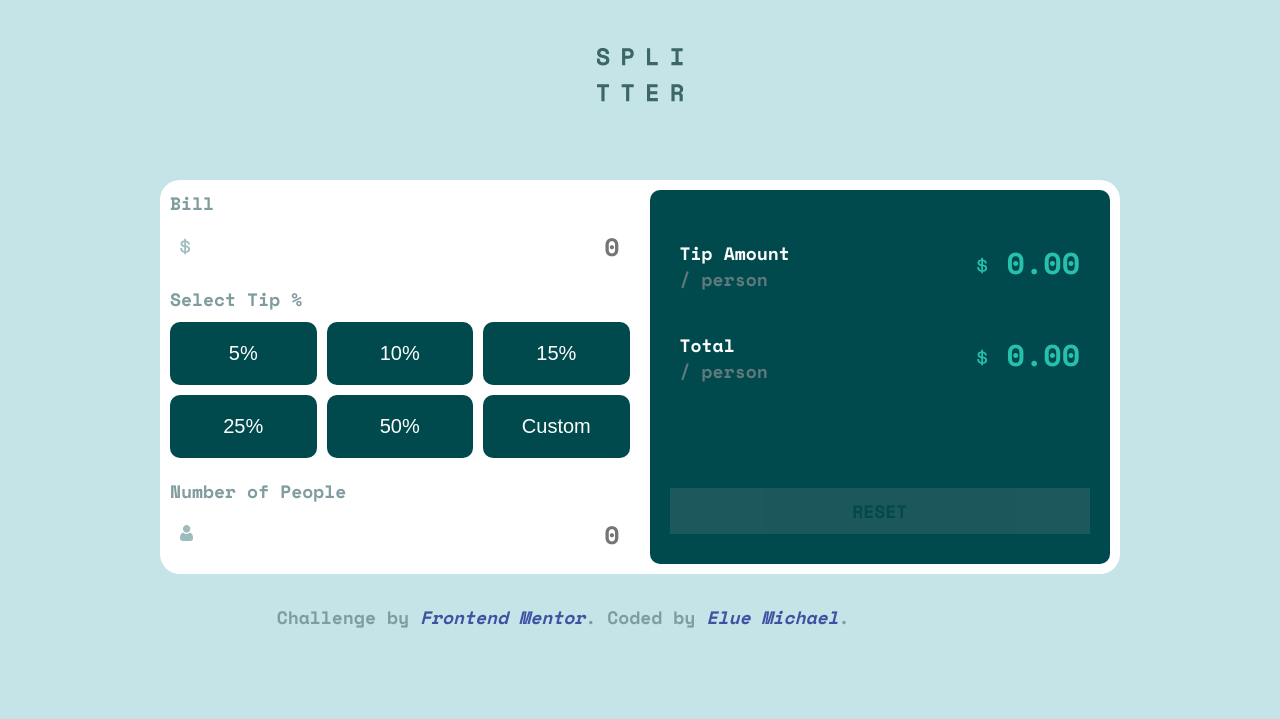
Repository: MeekyBerry/Frontend-Mentor-Challenges
Page: tip-calculator-app/index.html
The author's editor kept a copy of each file at every save. The page is drawn from the files as they stood at one save, then again after the next save.
The browser window is 1280 px wide. The pictures show the whole page.

Above is the page before, as saved 2023-03-28 03:25:45.

### tip-calculator-app/index.html
<!DOCTYPE html>
<html lang="en">

<head>
  <meta charset="UTF-8">
  <meta name="viewport" content="width=device-width, initial-scale=1.0">
  <link rel="icon" type="image/png" sizes="32x32" href="./css/images/favicon-32x32.png">
  <title> Tip calculator app</title>
  <link rel="stylesheet" href="./css/style.css">
  <script src="./script.js" defer></script>
</head>

<body>
  <div class="heading-logo">
    <img src="./css/images/logo.svg" alt="Logo" class="logo">
  </div>

  <form id="form" class="background">
    <div class="first-container">
      <div class="bill-container">
        <label for="bill">Bill</label>
        <div class="icon-box">
            <img src="./css/images/icon-dollar.svg" alt="Dollar Icon">
          <input type="number" id="bill" placeholder="0" class="bill-input input-bar">
        </div>
      </div>

      <div class="tip">
        <div>Select Tip %</div>
        <div class="percent-container">
          <button type="button" class="percent five">5%</button>
          <button type="button" class="percent ten">10%</button>
          <button type="button" class="percent fiftheen">15%</button>
          <button type="button" class="percent twenty-five">25%</button>
          <button type="button" class="percent fifty">50%</button>
          <button type="button" class="percent custom" id="cst-btn">Custom</button>
        </div>
      </div <div>
      <label for="number">Number of People</label>
      <div class="icon-box">
        <div>
          <img src="./css/images/icon-person.svg" alt="Person Icon">
        </div>
        <input type="number" id="number" class="number-input input-bar" placeholder="0">
      </div>
    </div>
    </div>

    <div class="second-container">
      <div class="amount">
        <p>Tip Amount <span class="person">/ person</span></p>
        <div class="digit">
          <svg xmlns="http://www.w3.org/2000/svg" width="11" height="17">
            <path fill="var(--Strong-cyan)"
              d="M6.016 16.328v-1.464c1.232-.08 2.22-.444 2.964-1.092.744-.648 1.116-1.508 1.116-2.58v-.144c0-.992-.348-1.772-1.044-2.34-.696-.568-1.708-.932-3.036-1.092V4.184c.56.144 1.012.4 1.356.768.344.368.516.816.516 1.344v.288h1.824v-.432c0-.448-.088-.876-.264-1.284a3.783 3.783 0 00-.744-1.116A4.251 4.251 0 007.54 2.9a5.324 5.324 0 00-1.524-.492V.872H4.288V2.36a5.532 5.532 0 00-1.416.324c-.448.168-.84.392-1.176.672-.336.28-.604.616-.804 1.008-.2.392-.3.844-.3 1.356v.144c0 .96.316 1.708.948 2.244.632.536 1.548.884 2.748 1.044v3.912c-.704-.16-1.248-.472-1.632-.936-.384-.464-.576-1.08-.576-1.848v-.288H.256v.576c0 .464.08.924.24 1.38.16.456.404.88.732 1.272.328.392.744.728 1.248 1.008s1.108.476 1.812.588v1.512h1.728zM4.288 7.424c-.688-.128-1.164-.332-1.428-.612-.264-.28-.396-.644-.396-1.092 0-.464.176-.832.528-1.104.352-.272.784-.448 1.296-.528v3.336zm1.728 5.712V9.344c.768.128 1.328.328 1.68.6.352.272.528.688.528 1.248 0 .544-.196.984-.588 1.32-.392.336-.932.544-1.62.624z" />
          </svg>
          <span id="tip-amount">0.00</span>
        </div>
      </div>

      <div class="amount">
        <p>Total <span class="person">/ person</span></p>
        <div class="digit">
          <svg xmlns="http://www.w3.org/2000/svg" width="11" height="17">
            <path fill="var(--Strong-cyan)"
              d="M6.016 16.328v-1.464c1.232-.08 2.22-.444 2.964-1.092.744-.648 1.116-1.508 1.116-2.58v-.144c0-.992-.348-1.772-1.044-2.34-.696-.568-1.708-.932-3.036-1.092V4.184c.56.144 1.012.4 1.356.768.344.368.516.816.516 1.344v.288h1.824v-.432c0-.448-.088-.876-.264-1.284a3.783 3.783 0 00-.744-1.116A4.251 4.251 0 007.54 2.9a5.324 5.324 0 00-1.524-.492V.872H4.288V2.36a5.532 5.532 0 00-1.416.324c-.448.168-.84.392-1.176.672-.336.28-.604.616-.804 1.008-.2.392-.3.844-.3 1.356v.144c0 .96.316 1.708.948 2.244.632.536 1.548.884 2.748 1.044v3.912c-.704-.16-1.248-.472-1.632-.936-.384-.464-.576-1.08-.576-1.848v-.288H.256v.576c0 .464.08.924.24 1.38.16.456.404.88.732 1.272.328.392.744.728 1.248 1.008s1.108.476 1.812.588v1.512h1.728zM4.288 7.424c-.688-.128-1.164-.332-1.428-.612-.264-.28-.396-.644-.396-1.092 0-.464.176-.832.528-1.104.352-.272.784-.448 1.296-.528v3.336zm1.728 5.712V9.344c.768.128 1.328.328 1.68.6.352.272.528.688.528 1.248 0 .544-.196.984-.588 1.32-.392.336-.932.544-1.62.624z" />
          </svg>
          <span id="total">0.00</span>
        </div>
      </div>
      <div class="btn-wrapper">
        <button type="reset" id="reset" class="btn">Reset</button>
      </div>
    </div>
  </form>

  <div class="attribution">
    Challenge by <a href="https://www.frontendmentor.io?ref=challenge" target="_blank">Frontend Mentor</a>.
    Coded by <a href="https://www.frontendmentor.io/profile/MeekyBerry" target="_blank">Elue Michael</a>.
  </div>
</body>

</html>

### tip-calculator-app/css/style.css
@import url("https://fonts.googleapis.com/css2?family=Space+Mono:wght@400;700&display=swap");

:root {
  /* ### Primary */
  --Strong-cyan: hsl(172, 67%, 45%);
  /* ### Neutral */
  --Very-dark-cyan: hsl(183, 100%, 15%);
  --Dark-grayish-cyan: hsl(186, 14%, 43%);
  --Grayish-cyan: hsl(184, 14%, 56%);
  --Light-grayish-cyan: hsl(185, 41%, 84%);
  --Very-light-grayish-cyan: hsl(189, 41%, 97%);
  --White: hsl(0, 0%, 100%);
  --dark-blue: hsl(228, 45%, 44%);
}

html {
  font-size: 50%;
}

*,
::before,
::after {
  margin: 0;
  padding: 0;
  box-sizing: border-box;
}

body {
  font-size: 1.8rem;
  font-family: "Space Mono", sans-serif;
  font-weight: 700;
  background-color: var(--Light-grayish-cyan);
  color: var(--Grayish-cyan);
  height: 100%;
  width: 100%;
}

.heading-logo {
  height: 15rem;
  width: 100%;
  position: relative;
}

.logo {
  position: absolute;
  top: 50%;
  left: 50%;
  transform: translate(-50%, -50%);
}

.background {
  display: flex;
  flex-direction: column;
  justify-content: space-around;
  background-color: var(--White);
  height: 80rem;
  width: 100%;
  border-radius: 2rem;
}

label {
  display: block;
}

.icon-box {
  display: flex;
  align-items: center;
  justify-content: space-between;
  padding: 1rem;
  /* background: var(--Very-light-grayish-cyan); */
}

.input-bar {
  width: 100%;
  height: 4rem;
  border: none;
  font-size: 2.5rem;
  font-family: "Space Mono", sans-serif;
  font-weight: 700;
  text-align: end;
}

.input-bar:focus {
  outline-color: var(--Strong-cyan);
}

.input-bar::placeholder {
  text-align: end;
}

/* Remove Arrows/Spinners ON INPUT */
input::-webkit-outer-spin-button,
input::-webkit-inner-spin-button {
  -webkit-appearance: none;
}

/* Firefox */
input[type="number"] {
  -moz-appearance: textfield;
}

.tip {
  padding: 1rem 0;
}

.percent-container {
  display: grid;
  grid-template-columns: repeat(2, 1fr);
  grid-template-rows: repeat(3, 1fr);
  grid-template-areas:
    "five ten"
    "fiftheen twentyFive"
    "fifty custom";
  gap: 1rem;
  padding: 1rem 0;
}

.percent {
  background-color: var(--Very-dark-cyan);
  color: var(--White);
  text-align: center;
  padding: 2rem;
  border-radius: 1rem;
  border: none;
  font-size: 2rem;
  width: 100%;
}

.percent:active {
  background-color: var(--Strong-cyan);
  color: var(--Very-dark-cyan);
  font-weight: 700;
}

.five {
  grid-area: five;
}

.ten {
  grid-area: ten;
}

.fiftheen {
  grid-area: fiftheen;
}

.twenty-five {
  grid-area: twentyFive;
}

.fifty {
  grid-area: fifty;
}

.custom {
  grid-area: custom;
}

.custom-input {
  background-color: var(--Very-light-grayish-cyan);
  color: var(--Very-dark-cyan);
  border: none;
  border-radius: 1rem;
  padding: 1rem;
  font-size: 2rem;
  font-weight: 700;
  text-align: center;
  width: 100%;
}

.custom-input:focus {
  outline-color: var(--Strong-cyan);
}

.second-container {
  background-color: var(--Very-dark-cyan);
  border-radius: 1rem;
  padding: 3rem 2rem;
}

.amount {
  display: flex;
  justify-content: space-between;
  padding: 2rem 1rem;
}

p {
  color: var(--White);
}

.person {
  display: block;
  font-size: 1.8rem;
  color: var(--Dark-grayish-cyan);
}

.digit {
  color: var(--Strong-cyan);
  font-size: 3rem;
}

.dollar {
  filter: var(--Strong-cyan);
}

.btn {
  width: 100%;
  padding: 1rem;
  background-color: var(--Dark-grayish-cyan);
  color: var(--Very-dark-cyan);
  border: none;
  text-transform: uppercase;
  font-size: 1.8rem;
  font-weight: 700;
  font-family: "Space Mono", sans-serif;
  opacity: 0.3;
}

.attribution {
  font-size: 1.8rem;
  text-align: center;
  width: 88%;
}

.attribution a {
  color: var(--dark-blue);
  text-decoration: none;
  font-style: italic;
}

@media only screen and (min-width: 1000px) {
  html {
    font-size: 62.5%;
  }

  .background {
    width: 75%;
    height: 75%;
    margin: 3rem auto;
    flex-direction: row;
    gap: 2rem;
    padding: 1rem;
  }

  .first-container {
    display: flex;
    flex-direction: column;
    justify-content: space-around;
    width: 50%;
  }

  .percent-container {
    grid-template-columns: repeat(3, 1fr);
    grid-template-rows: repeat(2, 1fr);
    grid-template-areas:
      "five ten fiftheen"
      "twentyFive fifty custom";
  }

  .second-container {
    display: flex;
    flex-direction: column;
    width: 50%;
  }

  .btn-wrapper {
    margin-top: auto;
  }
}

### tip-calculator-app/script.js
// 1. Get the bill amount from the input field
const billInput = document.getElementById('bill');
// 2. Get the tip percentage from the Button array
const tipButtons = document.querySelectorAll('.percent');
// 2.1. The percentage array contains a Custom button which toggles to input field when clicked
const customButton = document.querySelector('.custom');
// 2.2. Get the custom percentage from the input field
const customInput = document.createElement('input');
// Add style class to created customInput element
customInput.classList.add('custom-input');
// 3. Get the number of people from the input field
const peopleInput = document.getElementById('number')
// 4. Calculate the tip amount per person;
const tipAmountSpan = document.getElementById('tip-amount');
// 5. Calculate the total cost per person
const totalAmountSpan = document.getElementById('total');
// 6. Display the tip amount per person
const resetButton = document.getElementById('reset');


let bill = 0;
let tipPercentage = 0;
let customPercentage = 0;
let people = 0;

let inputPeople = false;
let error = true;

// add input validation for bill and people fields
billInput.addEventListener('input', () => {
    bill = Number(billInput.value);
    calculateTip();
});

peopleInput.addEventListener('input', () => {
    people = Number(peopleInput.value);
    calculateTip();
});

// add event listeners for tip buttons
tipButtons.forEach(button => {
    button.addEventListener('click', () => {
        if (button.classList.contains('custom')) {
            customInput.type = 'number';
            customInput.min = 1;
            customInput.placeholder = 'Custom';
            customInput.value = '';
            customInput.classList.add('custom-input');
            button.parentNode.replaceChild(customInput, button);
            customInput.focus();
        } else {
            tipPercentage = Number(button.textContent.replace('%', ''));
            calculateTip();
        }
    });
});

// add event listener for custom input
customInput.addEventListener('input', () => {
    customPercentage = Number(customInput.value);
    calculateTip();
});

// add event listener for reset button
resetButton.addEventListener('click', () => {
    billInput.value = '';
    peopleInput.value = '';
    tipAmountSpan.textContent = '$0.00';
    totalAmountSpan.textContent = '$0.00';
    bill = 0;
    tipPercentage = 0;
    customPercentage = 0
    people = 0;
    customInput.parentNode.replaceChild(customButton, customInput);
});

// calculate tip and total amount
const calculateTip = () => {
    if (people > 0) {
        inputPeople = true;
        let tip = (bill * (tipPercentage + customPercentage)) / 100;
        let total = bill + tip;
        let tipPerPerson = tip / people;
        let totalPerPerson = total / people;
        tipAmountSpan.textContent = `$${tipPerPerson.toFixed(2)}`;
        totalAmountSpan.textContent = `$${totalPerPerson.toFixed(2)}`;
    }
};







// const BILL = document.querySelector('.bill-input');
// const TIP_PERCENT = document.querySelectorAll('.percent');
// const PEOPLE = document.querySelector('.number-input');
// const TOTAL_BILL = document.getElementById('total');
// const TIP_AMOUNT = document.getElementById('tip-amount');
// const CUSTOM = document.querySelector('.custom');
// const CUSTOM_BUTTON = document.getElementById('cst-btn')
// const CUSTOM_INPUT = document.getElementById('cst-input')
// const RESET = document.getElementById('reset');

// let billValue;
// let person;
// let customValue;
// let custom = 0;

// let myArray = [5, 10, 15, 25, 50, custom];
// let tipAmount = 0;

// let error = true;
// let inputPeople = false;

// const calculateHandler = () => {
//     if (inputPeople) {
//         let amount = (billValue + tipAmount) / person;
//         TOTAL_BILL.textContent = `${amount.toFixed(2)}`;
//     }
// };

// BILL.addEventListener('change', () => {
//     error = !error;
//     billValue = parseFloat(BILL.value);
//     TIP_PERCENT.forEach((el, idx) => {
//         let percent = myArray[idx];
//         el.addEventListener('click', (e) => {
//             let target = e.target;
//             if (target.classList.contains('percent')) {
//                 let percent = parseFloat(target.textContent);
//                 if (isNaN(percent)) {
//                     percent = customValue;
//                 } else {
//                     customValue = 0;
//                 }
//                 // if (CUSTOM.firstElementChild === CUSTOM_INPUT && idx === 5) {
//                 //     CUSTOM_INPUT.addEventListener('change', () => {
//                 //         customValue = parseFloat(CUSTOM_INPUT.value);
//                 //         tipAmount = CUSTOM_INPUT.value * (percent / 100);
//                 //         TIP_AMOUNT.textContent = `${tipAmount.toFixed(2)}`;
//                 //         calculateHandler();
//                 //     })
//                 // }
//                 tipAmount = billValue * (percent / 100);
//                 TIP_AMOUNT.textContent = `${tipAmount.toFixed(2)}`;
//                 calculateHandler();
//             }
//         });
//     });
// });


//     // billValue = +BILL.value;
//     // TIP_PERCENT.forEach((el, idx) => {
//     //     let percent = myArray[idx];
//     //     el.addEventListener('click', () => {
//     //         if (CUSTOM.firstElementChild === CUSTOM_INPUT && idx === 5) {
//     //             CUSTOM_INPUT.addEventListener('change', () => {
//     //                 customValue = +CUSTOM_INPUT.value;
//     //                 tipAmount = CUSTOM_INPUT.value * (+percent / 100);
//     //                 TIP_AMOUNT.textContent = `${tipAmount.toFixed(2)}`;
//     //                 calculateHandler();
//     //             })
//     //         }
//     //         tipAmount = BILL.value * (+percent / 100);
//     //         TIP_AMOUNT.textContent = `${tipAmount}`;
//     //         calculateHandler();
//     //     });
//     // });

// // TIP_PERCENT.addEventListener('click', (e) => {
// //     let target = e.target;
// //     if (target.classList.contains('percent')) {
// //       let percent = parseFloat(target.textContent);
// //       if (isNaN(percent)) {
// //         percent = customValue;
// //       } else {
// //         customValue = 0;
// //       }
// //       tipAmount = billValue * (percent / 100);
// //       TIP_AMOUNT.textContent = `${tipAmount.toFixed(2)}`;
// //       calculateHandler();
// //     }
// //   });


// PEOPLE.addEventListener('input', () => {
//     // inputPeople = !inputPeople;
//     // person = +PEOPLE.value;
//     // if (!error) {
//     //     calculateHandler();
//     // }
//  inputPeople = true;
//   person = parseFloat(PEOPLE.value);
//   if (!error && person > 0) {
//     calculateHandler();
//   } else {
//     TOTAL_BILL.textContent = '0.00';
//   }
// });

// CUSTOM.addEventListener('click', () => {
//     // if (CUSTOM.firstElementChild === CUSTOM_BUTTON) {
//     //     CUSTOM.innerHTML = `<input type="number" id="cst-input" class="percent cst" />`
//     // }
//     if (CUSTOM.firstElementChild === CUSTOM_BUTTON) {
//         // CUSTOM.innerHTML = `<input type="number" id="cst-input" class="percent cst" />`
//         CUSTOM.innerHTML = `<input type="number" class="percent cst" />`;
//         CUSTOM_INPUT.addEventListener('change', () => {
//           customValue = parseFloat(CUSTOM_INPUT.value);
//           TIP_PERCENT.lastElementChild.textContent = `${customValue}%`;
//           tipAmount = billValue * (customValue / 100);
//           TIP_AMOUNT.textContent = `${tipAmount.toFixed(2)}`;
//           calculateHandler();

//         });
//       }
// })

// RESET.addEventListener('click', () => {
//     // BILL.value = '';
//     // PEOPLE.value = '';
//     // TIP_AMOUNT.textContent = '0.00';
//     // TOTAL_BILL.textContent = '0.00';
//     CUSTOM.innerHTML = `<button id="cst-btn" class="percent cst">Custom</button>`;
//     BILL.value = '';
//     PEOPLE.value = '';
//     TIP_AMOUNT.textContent = '0.00';
//     TOTAL_BILL.textContent = '0.00';
//     inputPeople = false;
//     customValue = 0;
//     tipAmount = 0;
// });

After the next save:
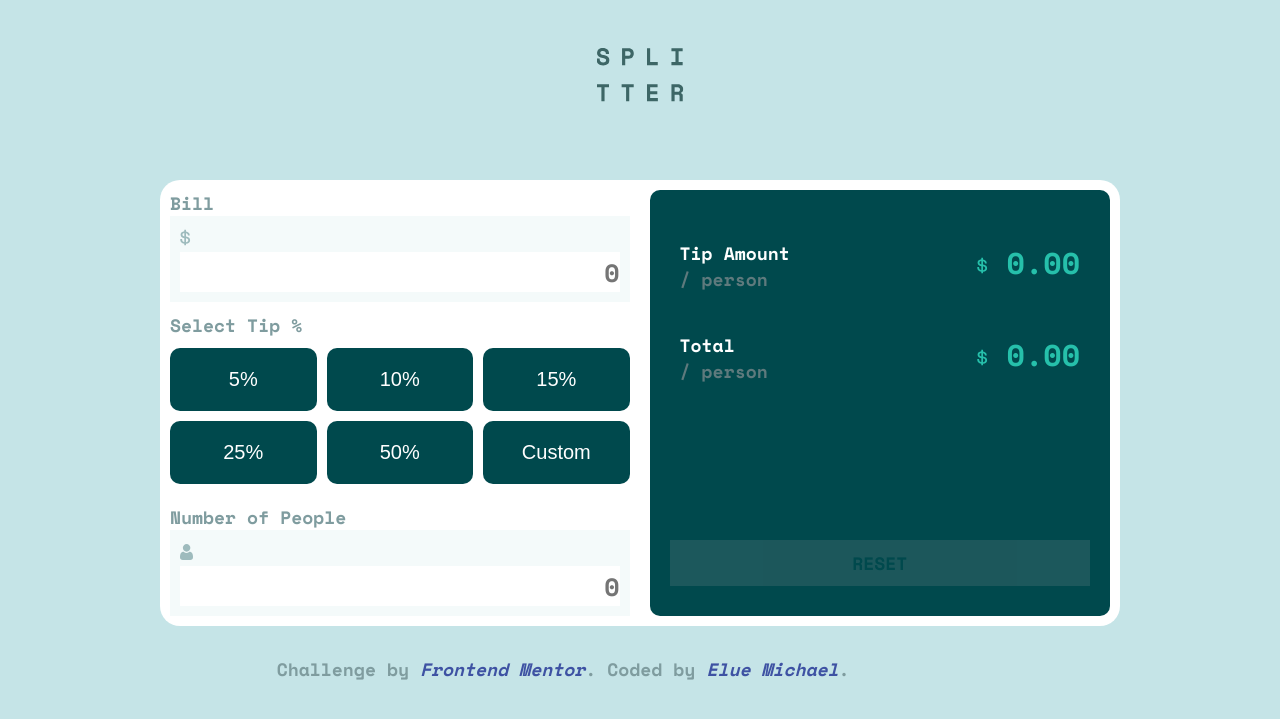
Saved 16 s later.
--- a/tip-calculator-app/css/style.css
+++ b/tip-calculator-app/css/style.css
@@ -63,11 +63,11 @@
 }
 
 .icon-box {
-  display: flex;
+  /* display: flex;
   align-items: center;
-  justify-content: space-between;
+  justify-content: space-between; */
   padding: 1rem;
-  /* background: var(--Very-light-grayish-cyan); */
+  background: var(--Very-light-grayish-cyan);
 }
 
 .input-bar {

After the save that followed:
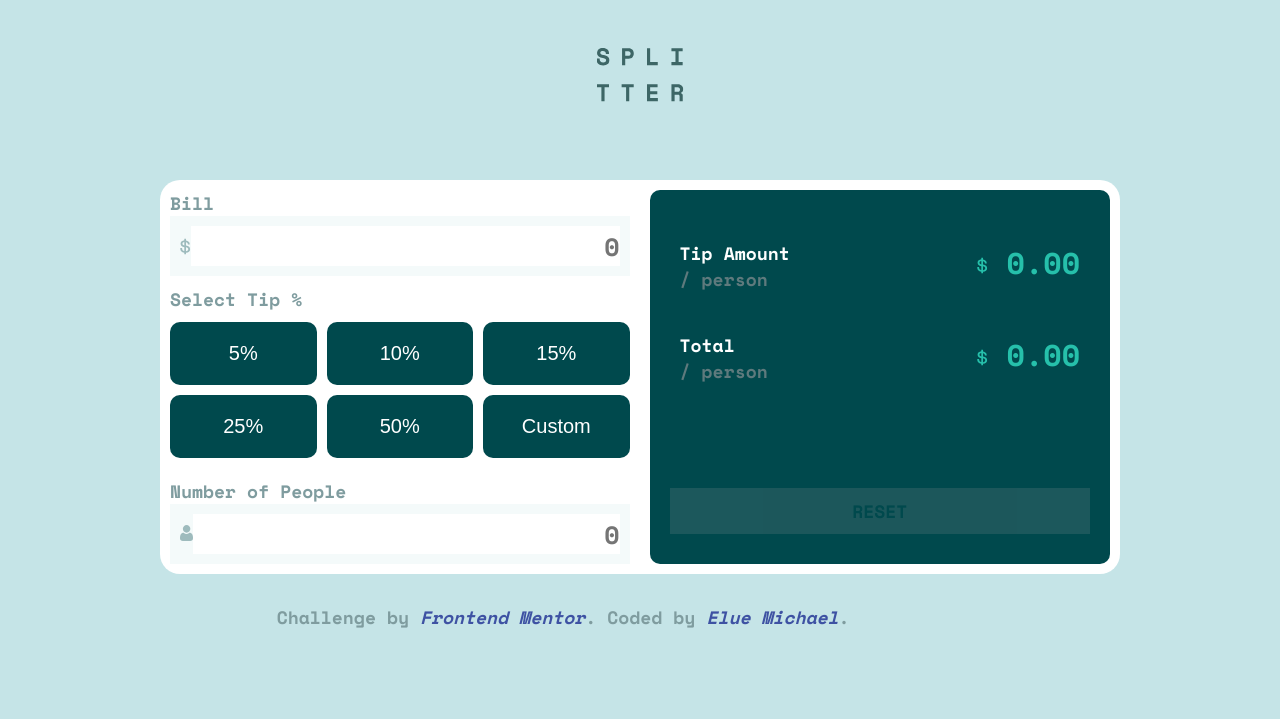
Saved 13 s later.
--- a/tip-calculator-app/css/style.css
+++ b/tip-calculator-app/css/style.css
@@ -63,9 +63,9 @@
 }
 
 .icon-box {
-  /* display: flex;
+  display: flex;
   align-items: center;
-  justify-content: space-between; */
+  justify-content: space-between;
   padding: 1rem;
   background: var(--Very-light-grayish-cyan);
 }
